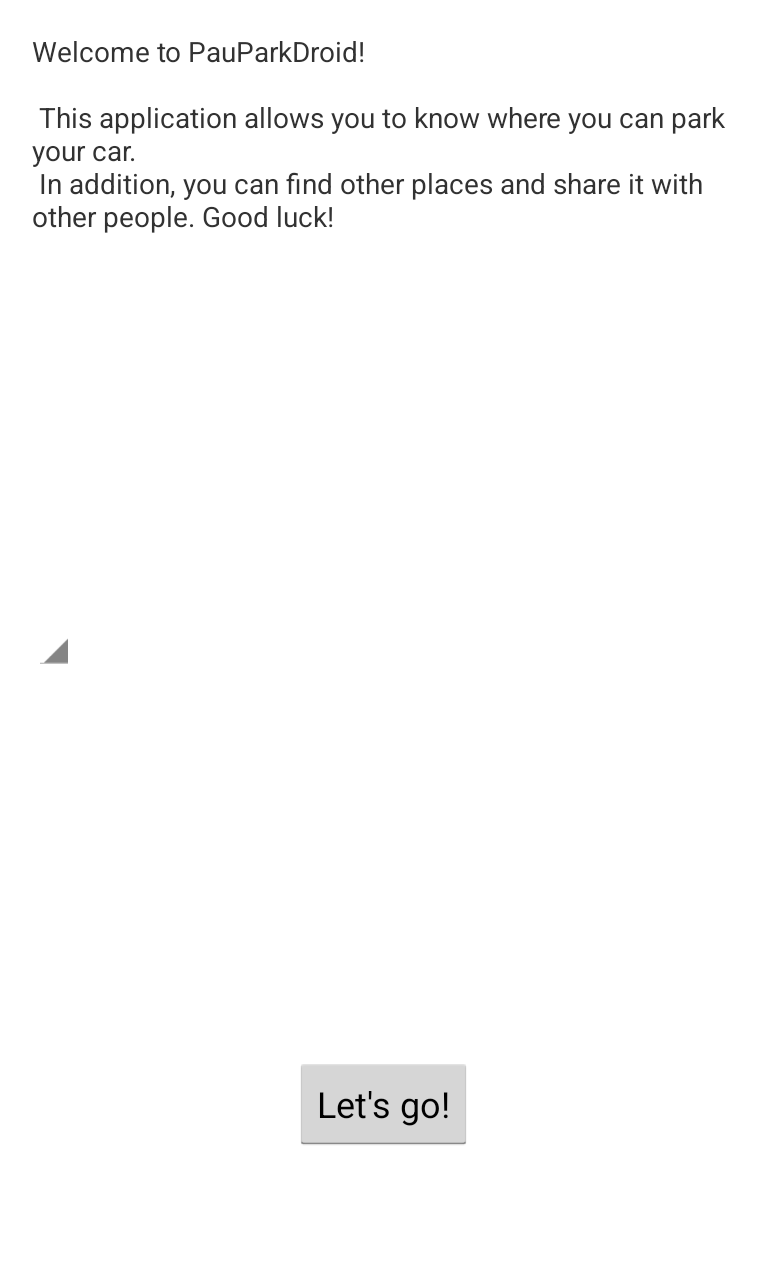
Repository: arrotacon/PauParkAndroid
Layout: PauPark_Workspace/PauParkDroid/res/layout/activity_home.xml
These files come from the project's save history. The layout is drawn as it stood at one moment and after the next save; the edit follows.
It is drawn on a 768 x 1280 px phone screen (xhdpi) without system bars, with theme AppTheme; the app's code is not run.

Above is the layout before, as saved 2014-12-05 18:33:30.

After the next save:
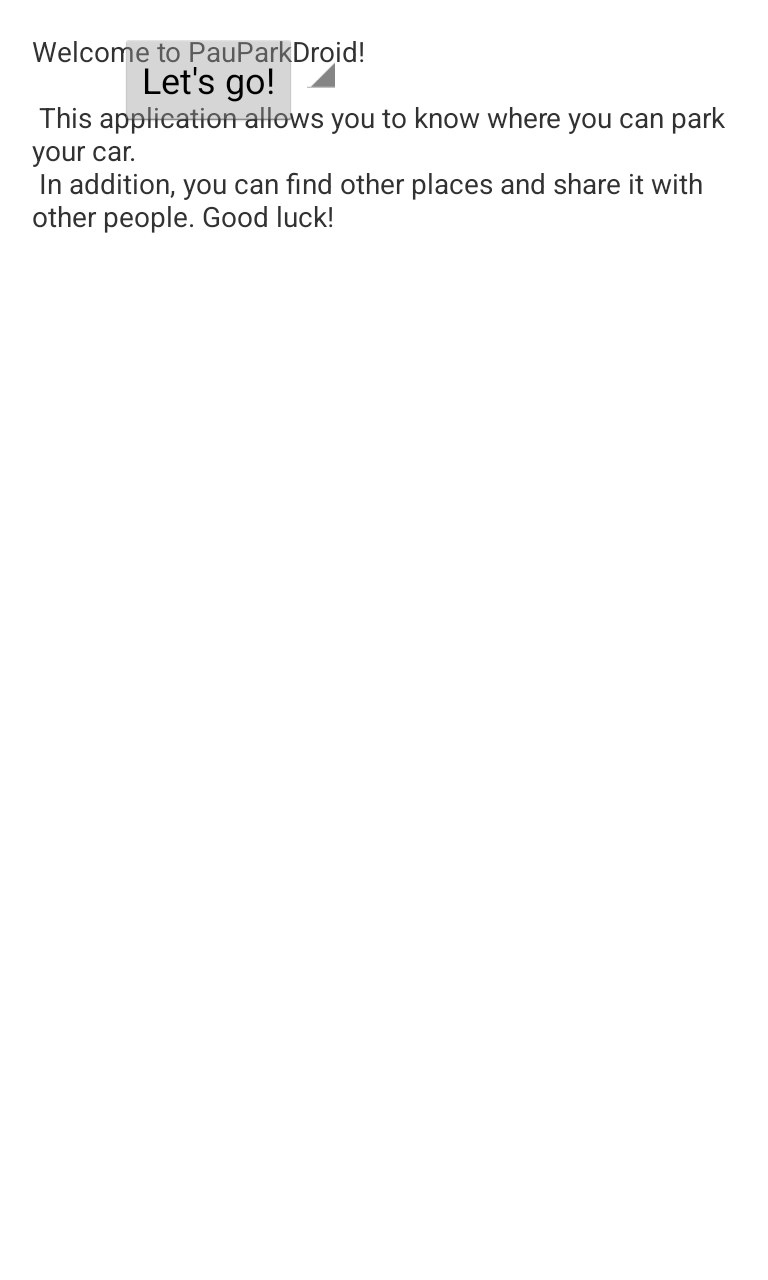
Saved 52 s later.
--- a/PauPark_Workspace/PauParkDroid/res/layout/activity_home.xml
+++ b/PauPark_Workspace/PauParkDroid/res/layout/activity_home.xml
@@ -8,14 +8,7 @@
     android:paddingTop="@dimen/activity_vertical_margin"
     tools:context="fr.univpau.pauparkdroid.Home" >
 
-    <Button
-        android:id="@+id/button1"
-        android:layout_width="wrap_content"
-        android:layout_height="wrap_content"
-        android:layout_alignParentBottom="true"
-        android:layout_centerHorizontal="true"
-        android:layout_marginBottom="48dp"
-        android:text="@string/home_button" />
+
 
     <TextView
         android:id="@+id/textView1"
@@ -25,7 +18,25 @@
         android:layout_centerHorizontal="true"
         android:text="@string/welcome" />
 
-    <Spinner
+
+
+    <LinearLayout
+        android:layout_width="wrap_content"
+        android:layout_height="wrap_content"
+        android:layout_alignTop="@+id/button1"
+        android:layout_marginLeft="43dp"
+        android:layout_toRightOf="@+id/button1" >
+
+        <Button
+        android:id="@+id/button1"
+        android:layout_width="wrap_content"
+        android:layout_height="wrap_content"
+        android:layout_alignParentBottom="true"
+        android:layout_centerHorizontal="true"
+        android:layout_marginBottom="48dp"
+        android:text="@string/home_button" />
+
+        <Spinner
         android:id="@+id/spinner1"
         android:layout_width="wrap_content"
         android:layout_height="wrap_content"
@@ -33,12 +44,6 @@
         android:layout_centerVertical="true"
         tools:ignore="RtlHardcoded" />
 
-    <LinearLayout
-        android:layout_width="wrap_content"
-        android:layout_height="wrap_content"
-        android:layout_alignTop="@+id/button1"
-        android:layout_marginLeft="43dp"
-        android:layout_toRightOf="@+id/button1" >
     </LinearLayout>
 
 </RelativeLayout>
